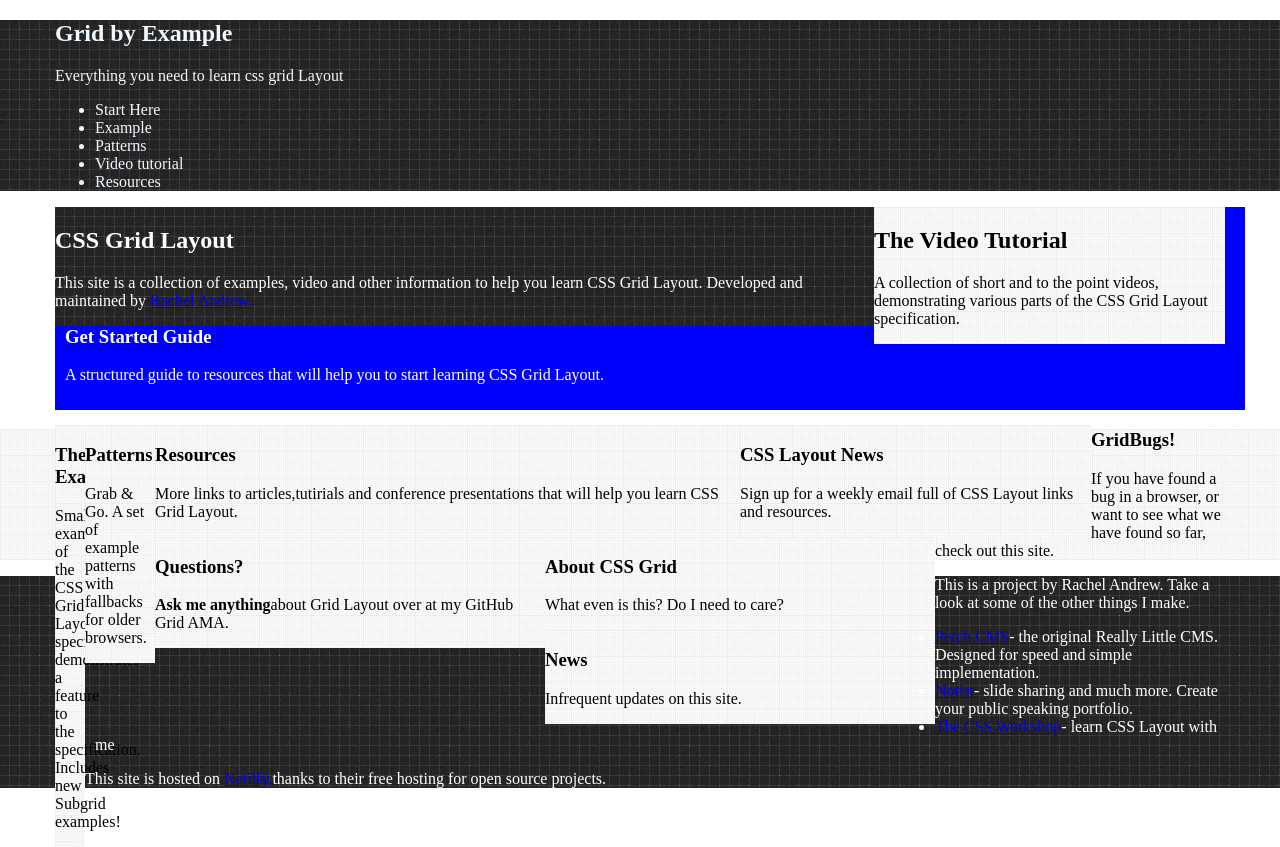
Repository: sitikhusushan/grid
Page: index.html
The author's editor kept a copy of each file at every save. The page is drawn from the files as they stood at one save, then again after the next save.
The browser window is 1280 px wide. The pictures show the whole page.

Above is the page before, as saved 2020-05-12 21:44:00.

### index.html
<!DOCTYPE html>
<html lang="en">
  <head>
    <meta charset="UTF-8" />
    <meta name="viewport" content="width=device-width, initial-scale=1.0" />
    <title>Grid View</title>
    <link rel="stylesheet" href="style.css" />
  </head>
  <body>
    <div class="header">
      <div class="container">
        <h2>Grid by Example</h2>
        <p>Everything you need to learn css grid Layout</p>
        <ul>
          <li>Start Here</li>
          <li>Example</li>
          <li>Patterns</li>
          <li>Video tutorial</li>
          <li>Resources</li>
        </ul>
      </div>
    </div>
<div class="layout">
      <div class="container">
        <div class="layouts">
        <div class="left">
          <h2>CSS Grid Layout</h2>
          <p>
            This site is a collection of examples, video and other information
            to help you learn CSS Grid Layout. Developed and maintained by
            <a href="#">Rachel Andrew.</a>
          </p>
        </div>
        <div class="right">
          <h2>The Video Tutorial</h2>
          <p>
            A collection of short and to the point videos, demonstrating various
            parts of the CSS Grid Layout specification.
          </p>
        </div>
      </div>
    </div>
    </div>
    <div class="guide margin">
      <div class="container">
        <div class="guides">
        <h3>Get Started Guide</h3>
        <p>
          A structured guide to resources that will help you to start learning
          CSS Grid Layout.
        </p>
      </div>
      </div>
    </div>
    <div class="new">
      <div class="container">
        <div class="news">
        <div class="left">
          <h3>The Examples</h3>
          <p>
            Small examples of the CSS Grid Layout specification.Each
            demonstrates a feature to the specification. Includes new Subgrid
            examples!
          </p>
        </div>
        <div class="right">
          <h3>Patterns</h3>
          <p>
            Grab & Go. A set of example patterns with fallbacks for older
            browsers.
          </p>
        </div>
      </div>
    </div>
    </div>
    <div class="resources">
      <div class="container">
        <div class="rs">
        <div class="left">
          <h3>Resources</h3>
          <p>
            More links to articles,tutirials and conference presentations that
            will help you learn CSS Grid Layout.
          </p>
        </div>
        <div class="right">
          <h3>CSS Layout News</h3>
          <p>
            Sign up for a weekly email full of CSS Layout links and resources.
          </p>
        </div>
      </div>
    </div>
    </div>
    <div class="question">
      <div class="container">
        <div class="qs">
        <div class="left">
          <h3>Questions?</h3>
          <p>
            <b>Ask me anything</b>about Grid Layout over at my GitHub Grid AMA.
          </p>
        </div>
        <div class="middle">
          <h3>About CSS Grid</h3>
          <p>What even is this? Do I need to care?</p>
        </div>
        <div class="right">
          <h3>News</h3>
          <p>Infrequent updates on this site.</p>
        </div>
      </div>
      </div>
    </div>
    <div class="bugs">
      <div class="container">
        <h3>GridBugs!</h3>
        <p>
          If you have found a bug in a browser, or want to see what we have
          found so far, check out this site.
        </p>
      </div>
    </div>
  <footer>
    <div class="foo">
      <div class="container">
      <p>This is a project by Rachel Andrew. Take a look at some of the other things I make.
        <ul>
          <li><a href="#">Perch CMS</a>- the original Really Little CMS. Designed for speed and simple implementation.</li>
          <li><a href="#">Notist</a>- slide sharing and much more. Create your public speaking portfolio.</li>
          <li><a href="#">The CSS Workshop</a>- learn CSS Layout with me</li>
        </ul>
        This site is hosted on <a href="#">Netilfy,</a>thanks to their free hosting for open source projects.
      </p>
      </div>
    </div>
  </footer>
  </body>
</html>

### style.css
body {
  padding: 0px;
  margin: 0px;
}

.margin {
  margin-top: 15px;
  margin-bottom: 15px;
}

.container {
  width: 1170px;
  margin-left: auto;
  margin-right: auto;
  max-width: 100%;
  padding-left: 15px;
  padding-right: 15px;
}

/* * {
  -webkit-box-sizing: border-box;
  -moz-box-sizing: border-box;
  box-sizing: border-box;
} */

.header {
  background-image: url("image/inflicted.png");
  color: aliceblue;
}

.layout .left {
  background-image: url("image/inflicted.png");
  color: #ffffff;
}

.right {
  background-image: url("image/tiny_grid.png");
}

.guides {
  width: 100%;
  background-color: blue;
  color: #ffffff;
  padding: 10px;
}

.left {
  background-image: url("image/tiny_grid.png");
}

.middle {
  background-image: url("image/tiny_grid.png");
}

.bugs {
  background-image: url("image/tiny_grid.png");
}

footer {
  background-image: url("image/inflicted.png");
  color: #ffffff;
}

.layout .left {
  width: 70%;
  float: left;
  /* border: solid 1px;
  border-color: red; */
}

.layout .right {
  float: right;
  width: 30%;
}

.new .left {
  width: 30px;
  float: left;
}

.new .right {
  width: 70px;
  float: left;
}

.resources .left {
  width: 50%;
  float: left;
}

.resources .right {
  width: 30%;
  float: left;
}

.question .left,
.middle,
.right {
  width: 33.33%;
  float: left;
}

After the next save:
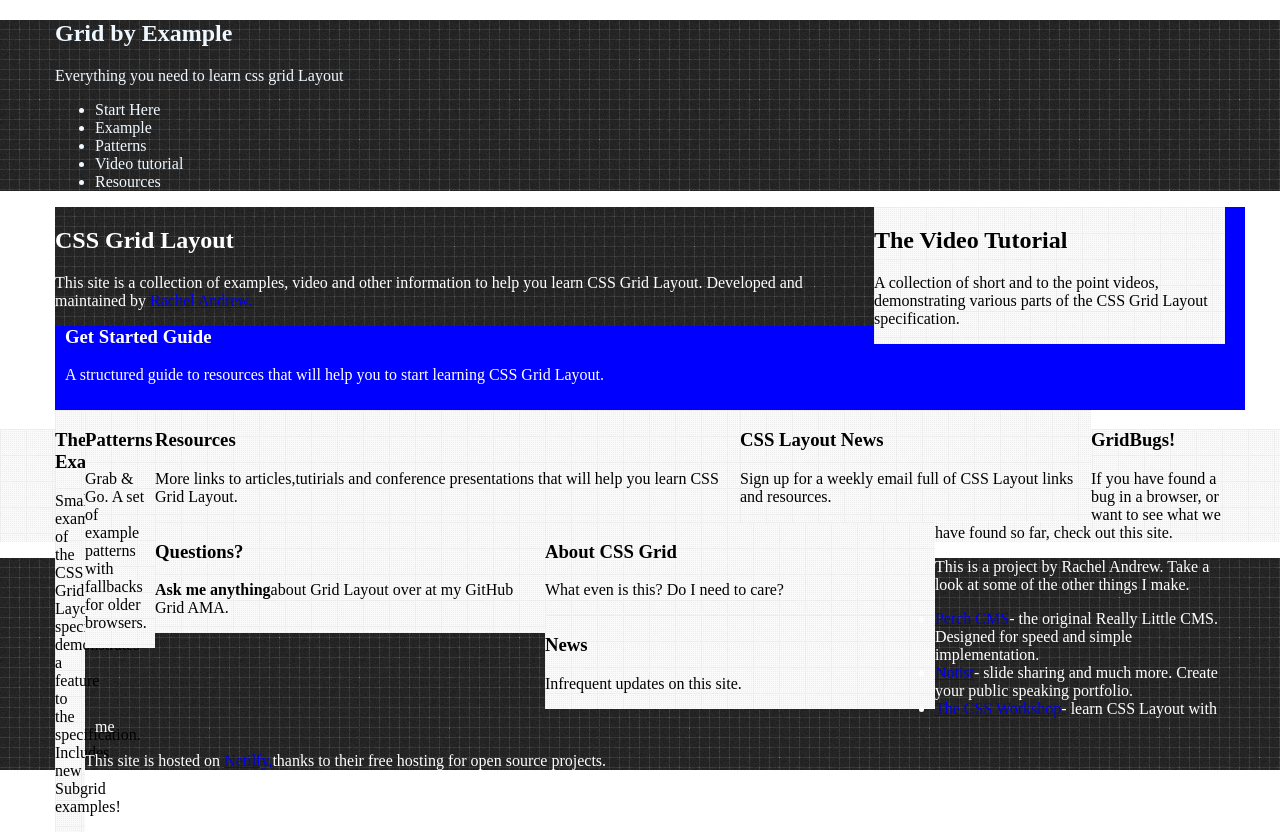
Saved 3 min 58 s later.
--- a/index.html
+++ b/index.html
@@ -41,7 +41,7 @@
       </div>
     </div>
     </div>
-    <div class="guide margin">
+    <div class="guide ">
       <div class="container">
         <div class="guides">
         <h3>Get Started Guide</h3>
